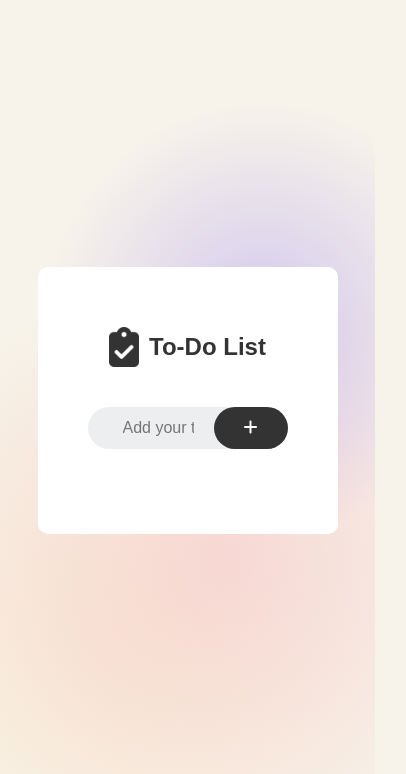
Repository: maltika/To-do_list
Page: index.html
These files come from the project's save history. The page is drawn as it stood at one moment and after a run of saves; the edit follows.
The browser window is 375 px wide. The page is 375 px wide, then 406 px, so the pictures cover 406 px, including what lies to the right of the window. The pictures show the whole page.

Above is the page before, as saved 2025-05-20 15:25:49.

After the next 2 saves:
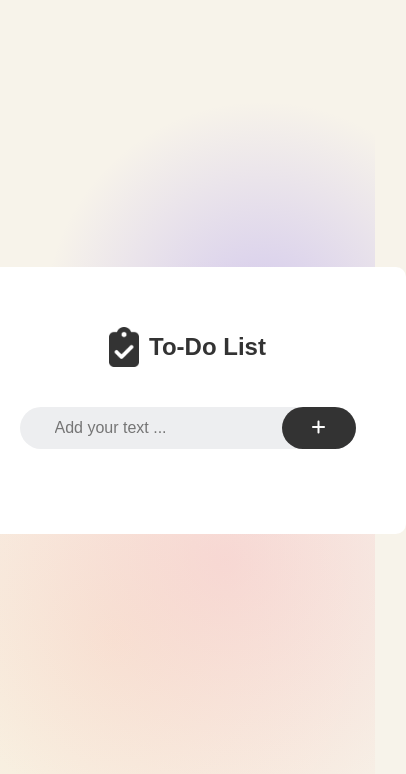
The 2 saves are shown as one change because they came seconds apart.
The last was saved 13 s later.
--- a/style.css
+++ b/style.css
@@ -156,12 +156,12 @@ ul li span:hover{
     background-color: #dcdbdb;
 }
 
-@media (max-width: 400px) {
+@media (max-width: 600px) {
   .todo-app {
     margin: 50px 20px; /* เว้นขอบซ้าย-ขวา 20px */
     padding: 30px 20px 60px;
     width: auto;
-    max-width: 300px;
+
     box-sizing: border-box;
   }
 }
